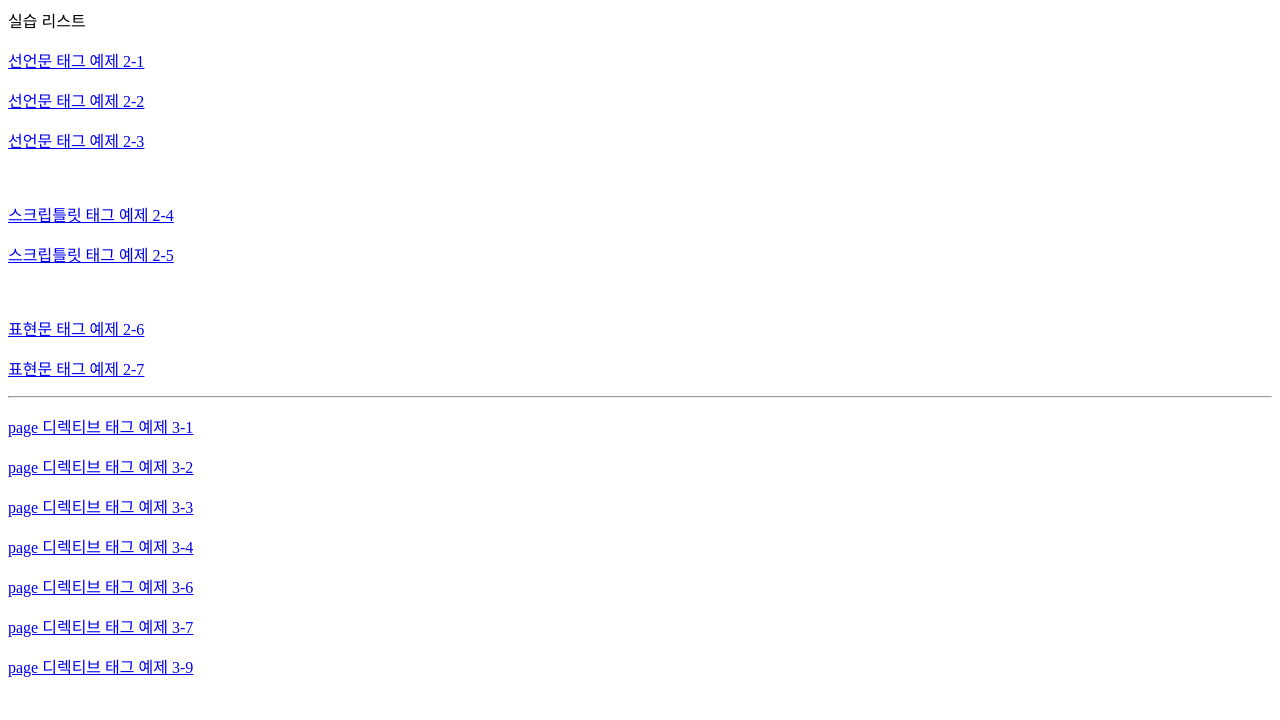
Repository: man332414/myJspStudy
Page: http://localhost/jspbook/
The author's editor kept a copy of each file at every save. The page is drawn from the files as they stood at one save, then again after the next save.
The browser window is 1280 px wide. The pictures show the whole page.
The page is served by Tomcat 10. Nobody is signed in. The application's start-up code is not run.

Above is the page before, as saved 2024-10-08 06:49:16.

After the next save:
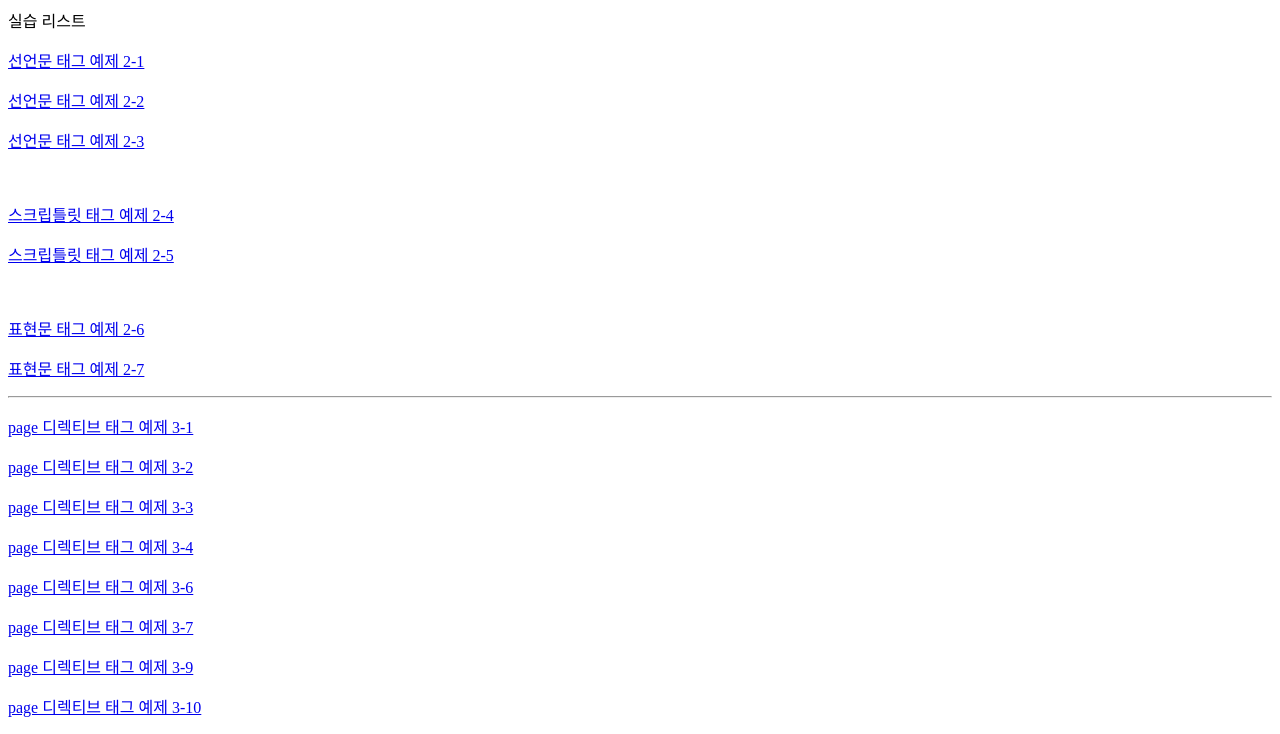
Saved 30 min 50 s later.
--- a/jspbook/src/main/webapp/index.jsp
+++ b/jspbook/src/main/webapp/index.jsp
@@ -25,6 +25,7 @@
 	<p><a href = "3_6"> page 디렉티브 태그 예제 3-6</a></p>
 	<p><a href = "3_7"> page 디렉티브 태그 예제 3-7</a></p>
 	<p><a href = "3_9"> page 디렉티브 태그 예제 3-9</a></p>
+	<p><a href = "3_10"> page 디렉티브 태그 예제 3-10</a></p>
 
 </body>
 </html>
